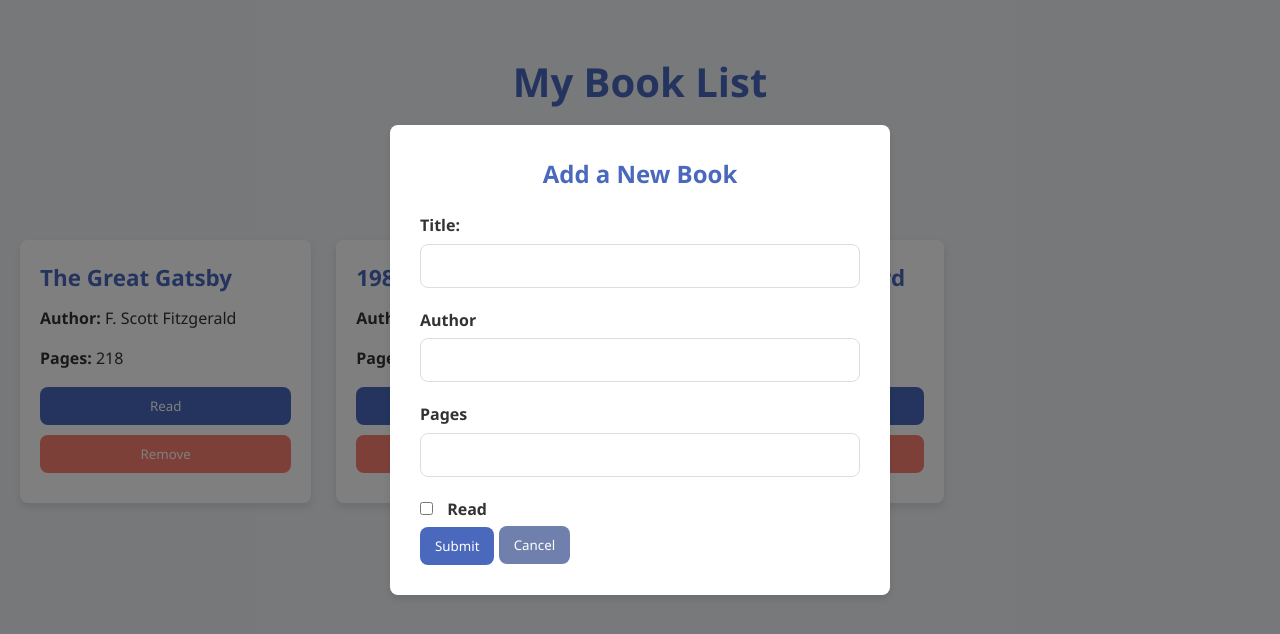
Repository: gkintu/odin-book-library
Page: index.html
The author's editor kept a copy of each file at every save. The page is drawn from the files as they stood at one save, then again after the next save.
The browser window is 1280 px wide. The pictures show the whole page.
The pointer rests on the first visible `#cancel-btn`.

Above is the page before, as saved 2025-03-11 15:00:54.

After the next save:
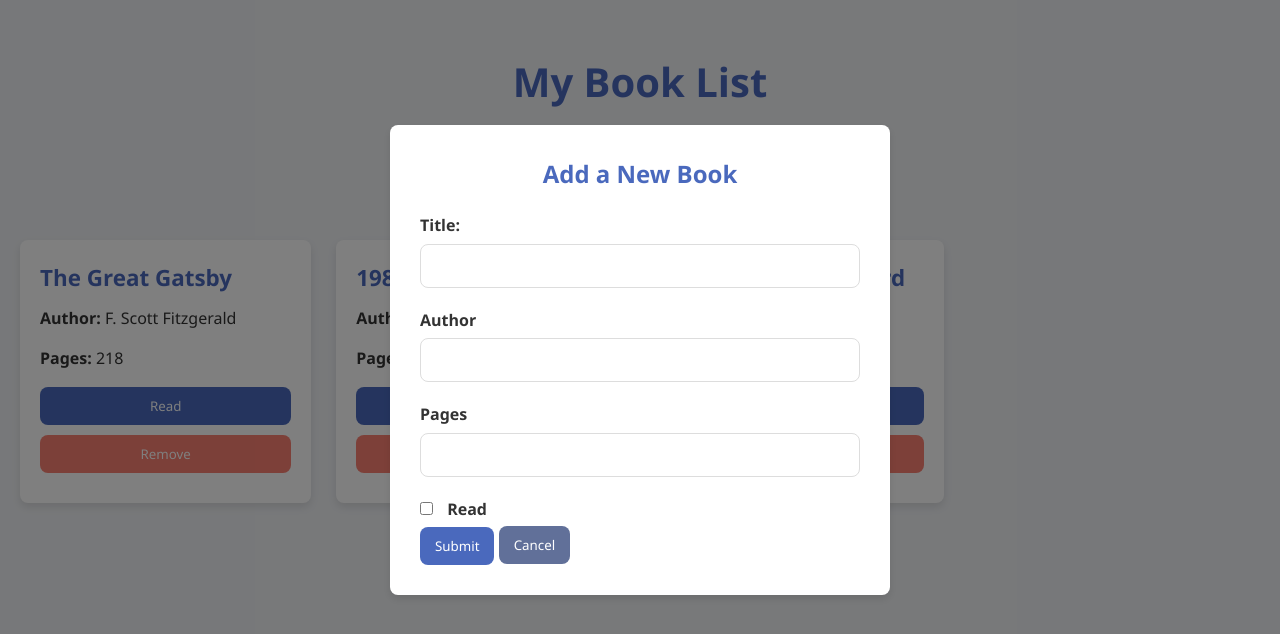
Saved 70 s later.
--- a/style.css
+++ b/style.css
@@ -148,3 +148,7 @@ h1 {
 #cancel-btn {
     background-color: #7080ac;
 }
+
+#cancel-btn:hover {
+    background-color: #617099;
+}
